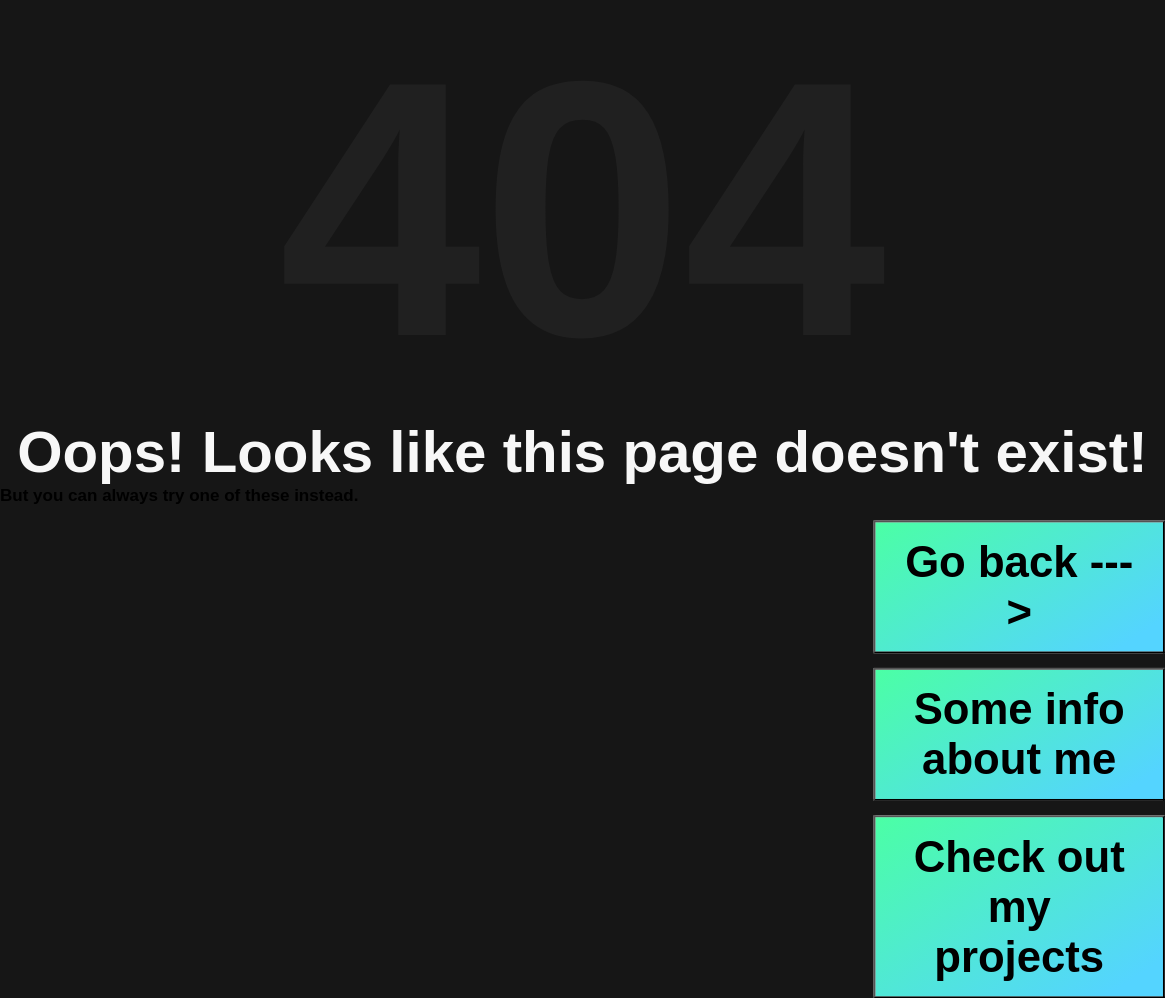
Repository: TeeJaysDev/Portfolio
Page: 404.html
An editor plug-in stored every save of this project. The page is shown before and after the next save, followed by the edit.
The browser window is 1280 px wide. The pictures show the whole page, at 91% of full size.

Above is the page before, as saved 2021-08-26 21:56:47.

After the next save:
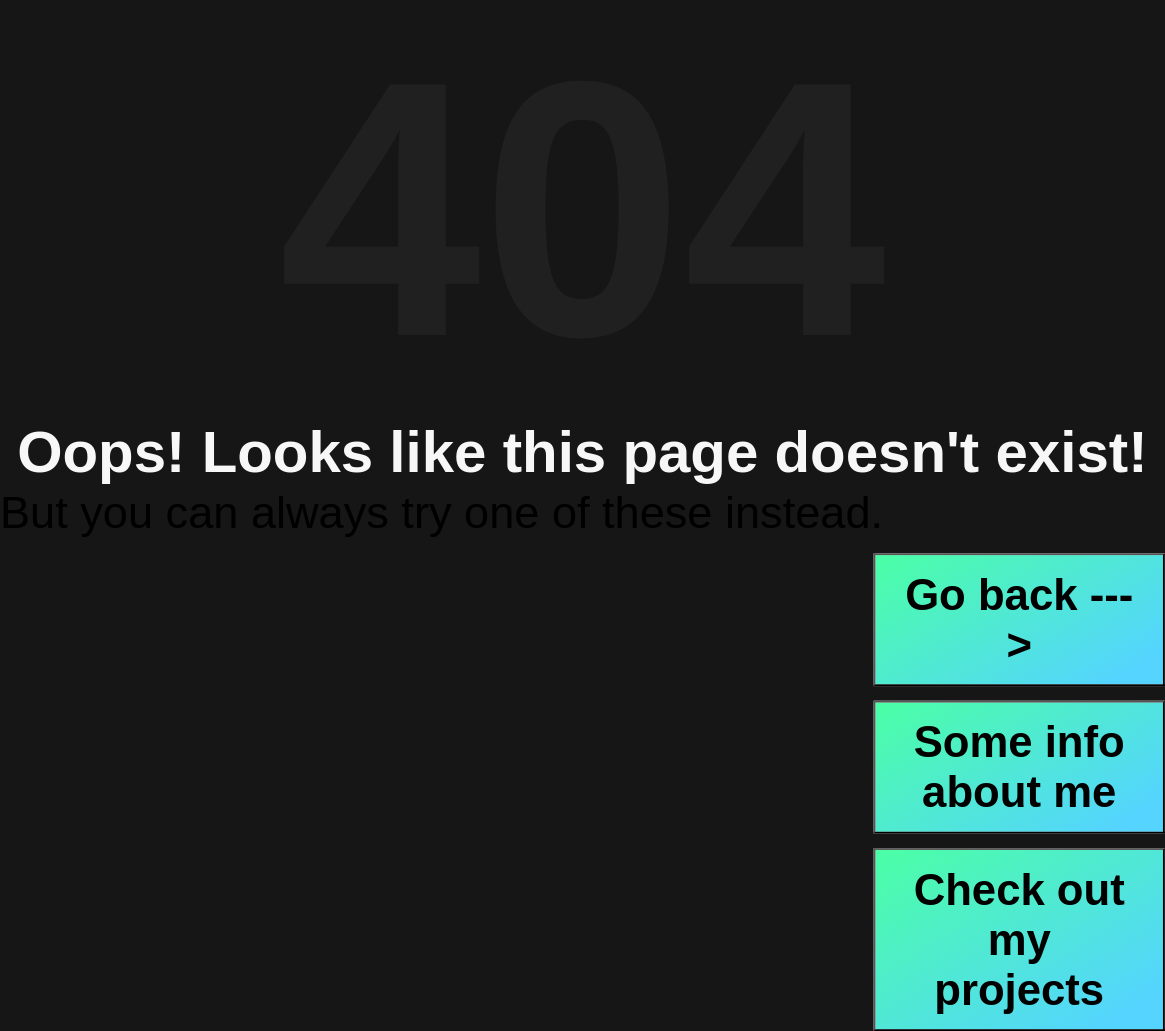
Saved 16 s later.
--- a/404.css
+++ b/404.css
@@ -24,7 +24,7 @@ h1 {
     font-weight: 700;
 }
 
-h1 p {
+h3 {
     font-size: 3.1rem;
     font-weight: 400;
 }
